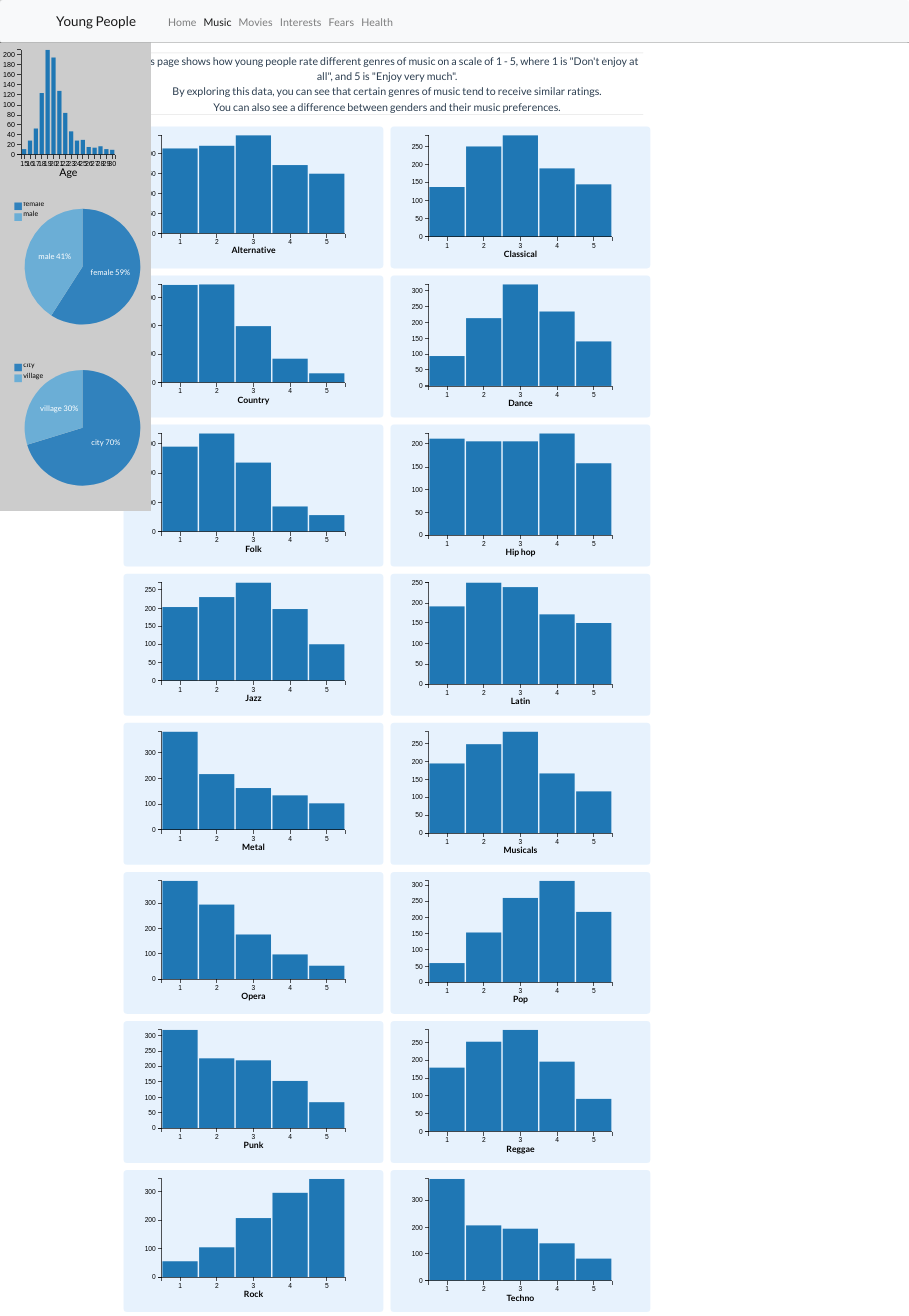
Repository: BrendanMolloy/milestone2
Page: music.html
The author's editor kept a record of every edit. The page is drawn from the files as they stood at one moment, then again after the next edit.
The browser window is 1280 px wide. The pictures show the whole page, at 71% of full size.
Some web libraries are served in a nearby version.

Above is the page before.

After the next edit:
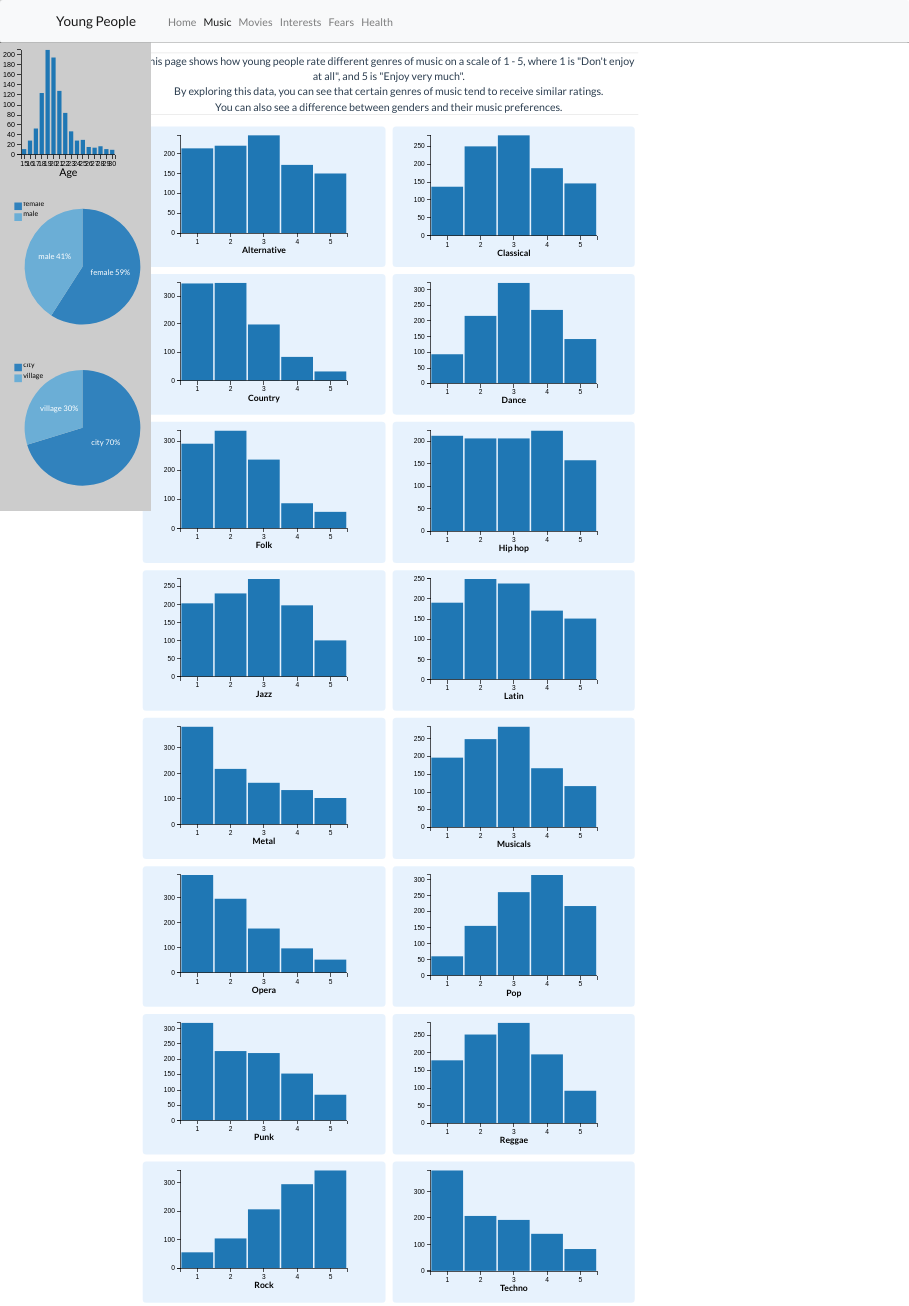
The edit:
--- a/css/style.css
+++ b/css/style.css
@@ -5,6 +5,8 @@
 
 .row {
   text-align: center;
+  max-width: 100vw;
+  margin:0;
 }
 
 .navbar-container {
